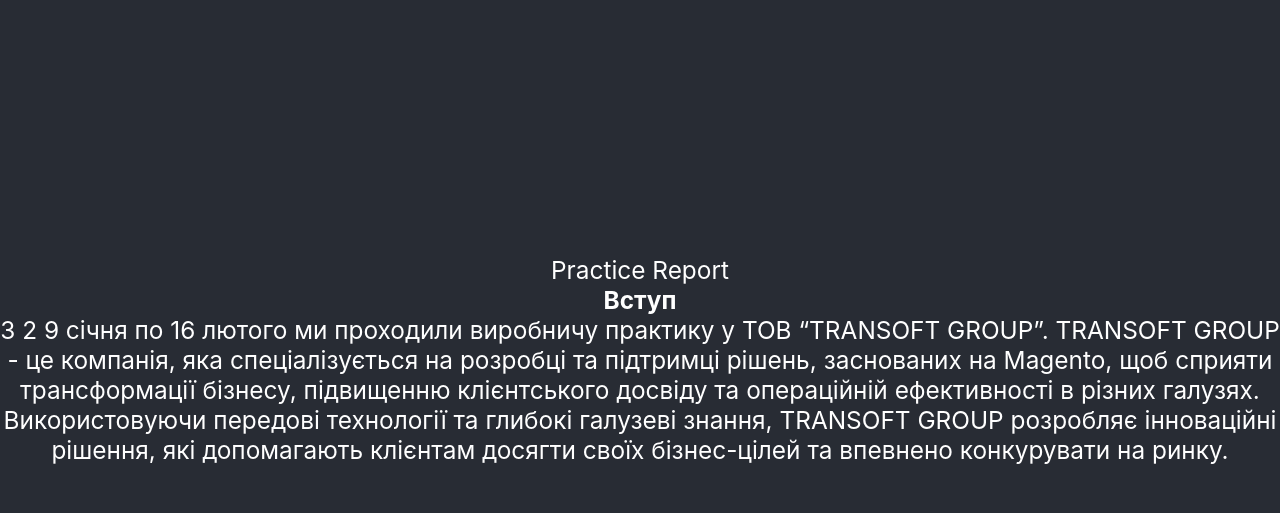
Repository: rutsguifd/prac-report
Page: /
An editor plug-in stored every save of this project. The page is shown before and after the next save, followed by the edit.
The browser window is 1280 px wide. The pictures show the whole page.
The project was rebuilt for these pictures with package versions that can differ from the ones it lists, and the page was loaded fresh each time. Imported but missing from the stored project, and not drawn on this page: src/assets.

Above is the page before, as saved 2024-02-22 13:30:37.

After the next save:
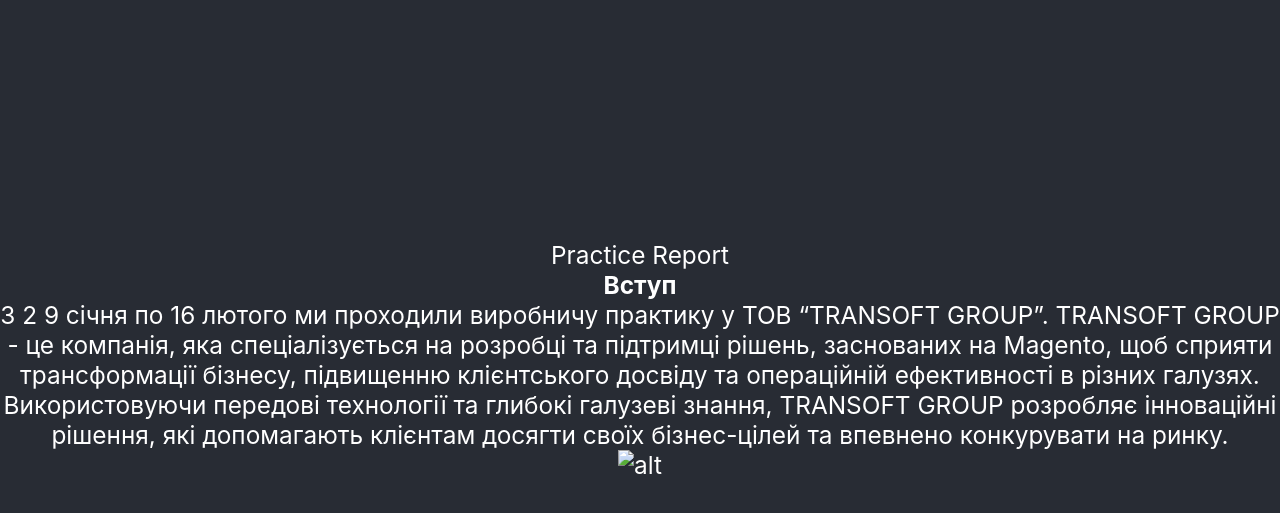
Saved 2 min 55 s later.
--- a/src/App.js
+++ b/src/App.js
@@ -1,4 +1,5 @@
 import "./App.css";
+import IM1 from "./assets/";
 
 function App() {
   return (
@@ -17,6 +18,7 @@
             інноваційні рішення, які допомагають клієнтам досягти своїх
             бізнес-цілей та впевнено конкурувати на ринку.
           </div>
+          <img src="" alt="alt" />
         </div>
       </header>
     </div>
